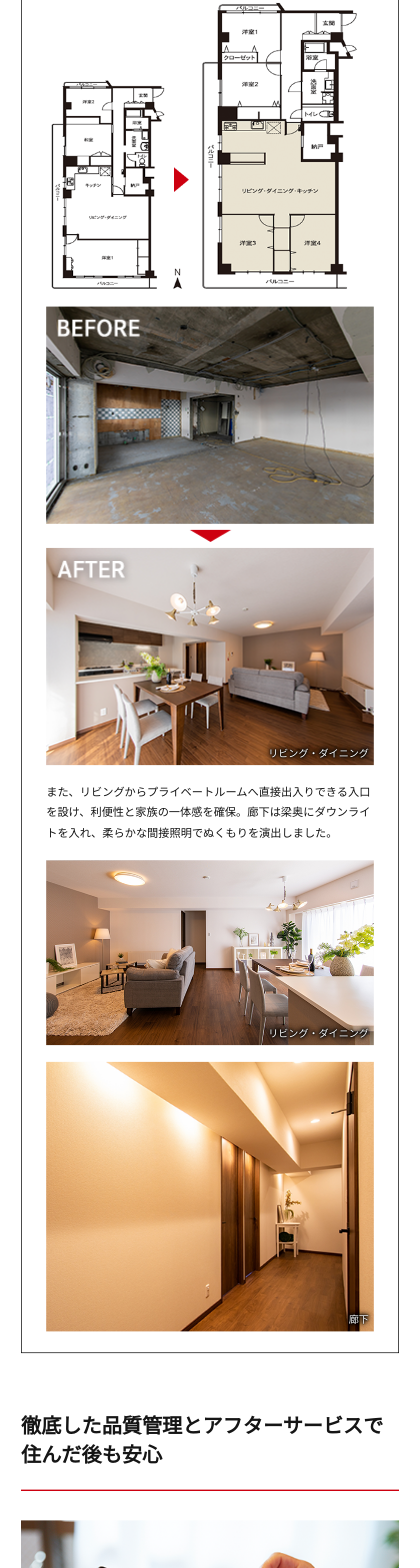
Repository: duongspm/group-kansai_new-data
Page: group-kansai_new/pickup/column07.html
The author's editor kept a copy of each file at every save. The page is drawn from the files as they stood at one save, then again after the next save.
The browser window is 600 px wide. The pictures show the part of the page from y = 4260 to 6500 px (the page is 8473 px tall before and 8571 px after), at 70% of full size.

Above is the page before, as saved 2023-06-30 16:44:17.

After the next save:
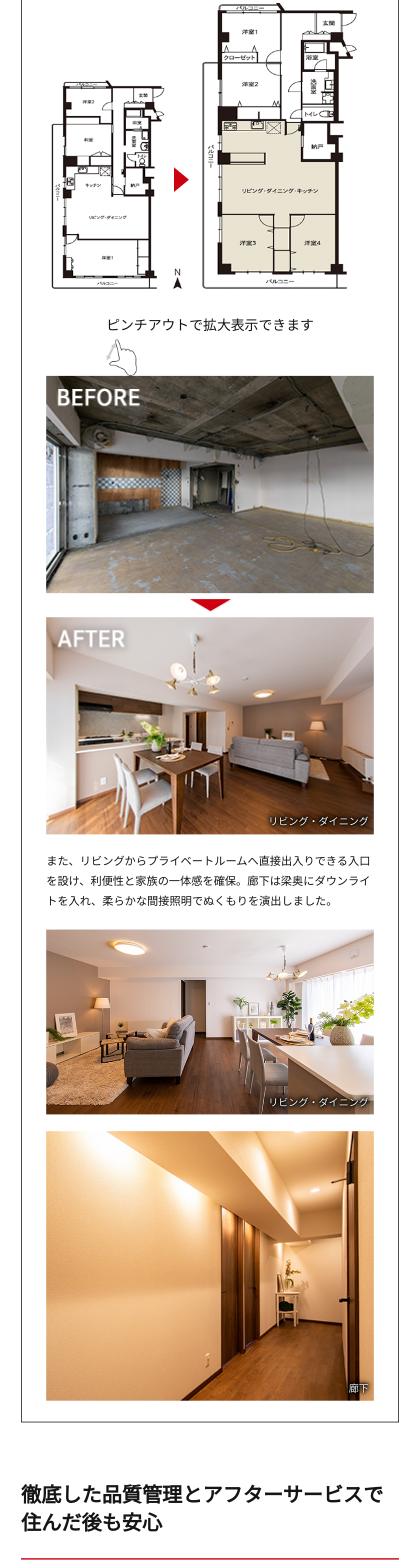
Saved 7 s later.
--- a/group-kansai_new/pickup/css/column.css
+++ b/group-kansai_new/pickup/css/column.css
@@ -263,6 +263,6 @@
         width: 100%;
     }
     .column07__box .only-sp{
-        dos
-    }
-}
+        display: block;
+    }
+}
